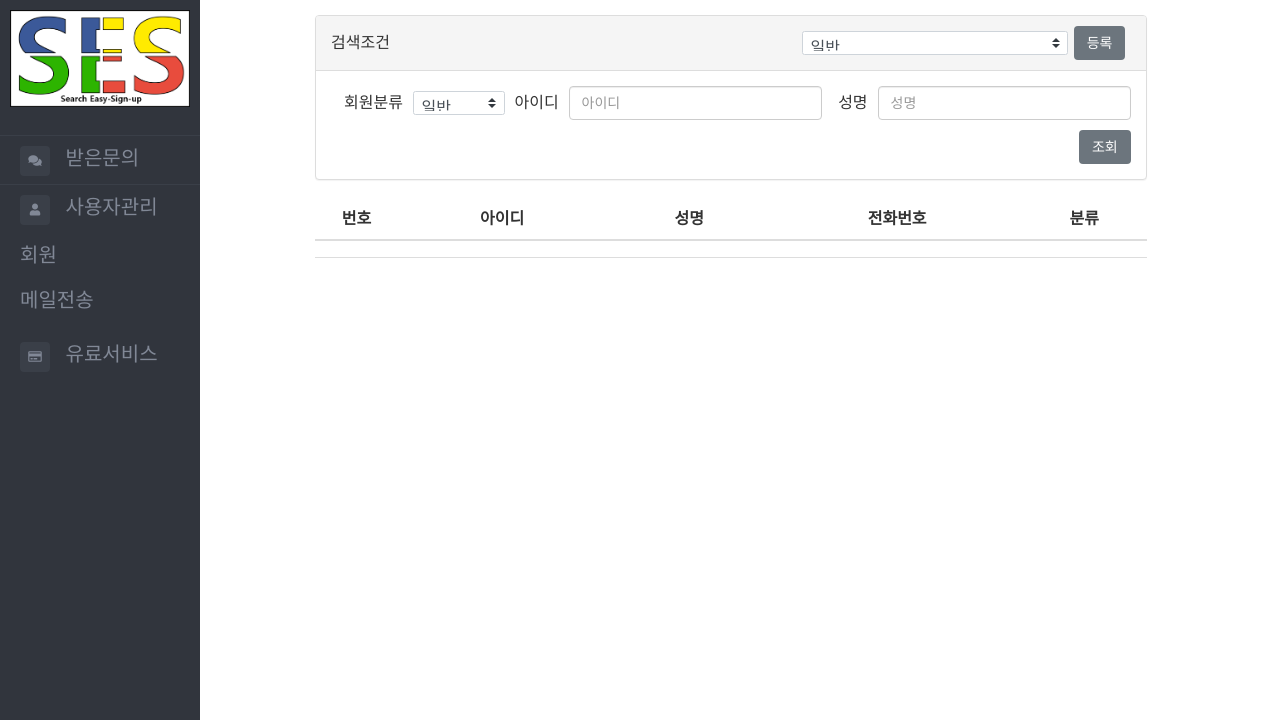
Repository: hyun5292/school
Page: http://localhost/adminSES/WEB-INF/views/member/m_search.jsp
An editor plug-in stored every save of this project. The page is shown before and after the next save, followed by the edit.
The browser window is 1280 px wide. The pictures show the whole page.
Some web libraries are served in a nearby version. The page is served by Tomcat 9. Nobody is signed in. The template is opened directly, without the code that normally fills it, so the values that code supplies are empty.

Above is the page before, as saved 2020-11-09 08:08:16.

After the next save:
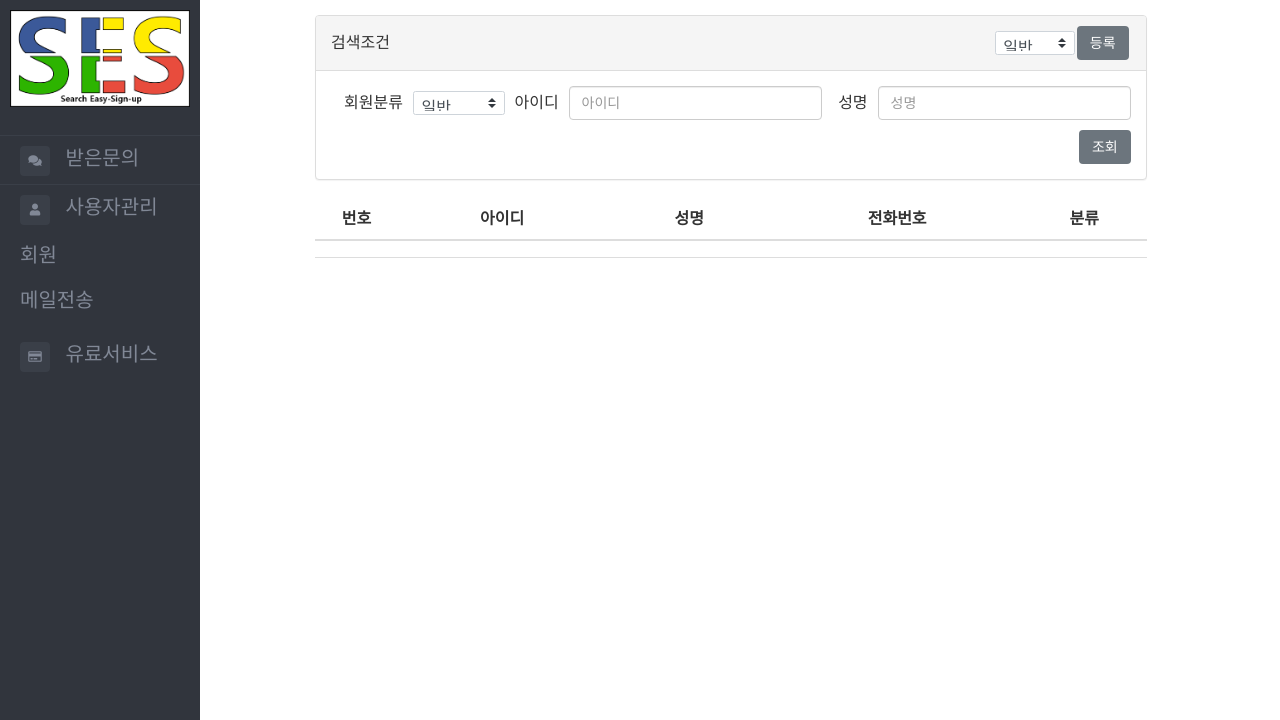
Saved 37 s later.
--- a/sesAdmin/adminSES/src/main/webapp/WEB-INF/views/member/m_search.jsp
+++ b/sesAdmin/adminSES/src/main/webapp/WEB-INF/views/member/m_search.jsp
@@ -89,8 +89,8 @@ table {
 						<div class="panel-heading">
 							<table width="100%">
 								<tr>
-									<td width="53%">검색조건</td>
-									<td width="30%" align="right"><select width="10px" class="custom-select">
+									<td width="83%">검색조건</td>
+									<td width="10%" align="right"><select width="10px" class="custom-select">
 											<option>일반</option>
 											<option>직원</option>
 											<option>SNS사</option>
